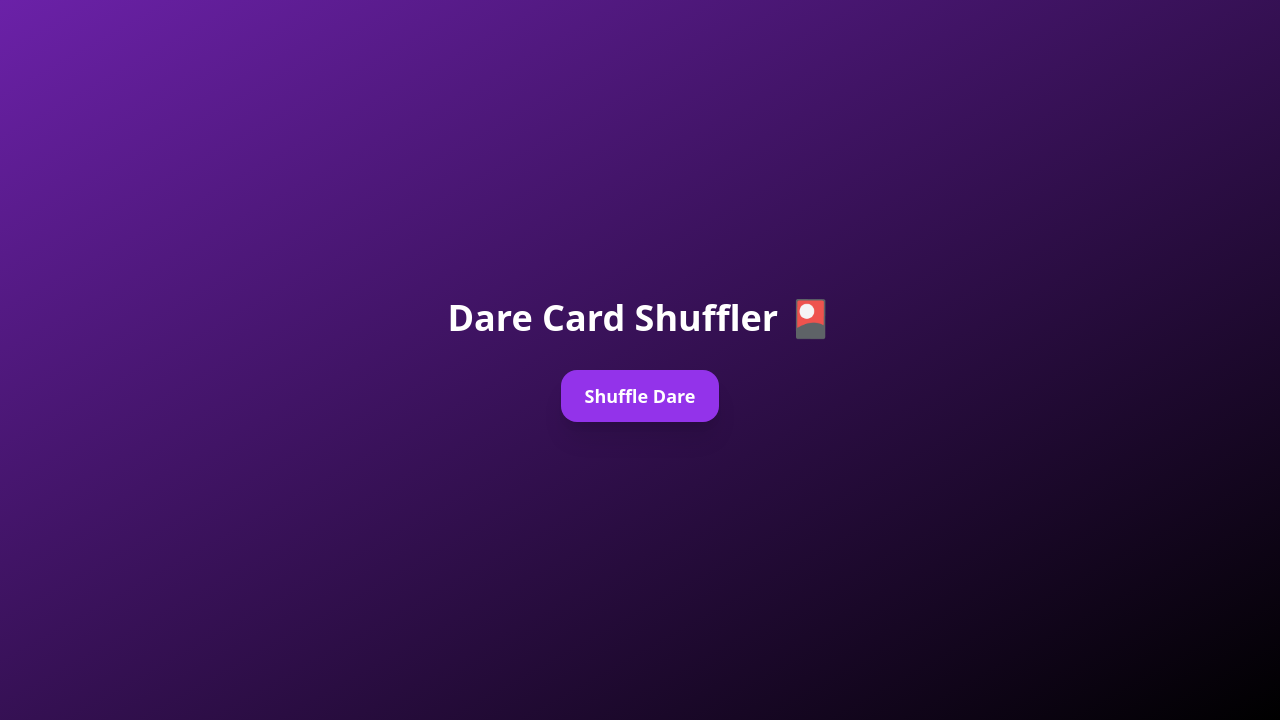
Repository: Thebilliontech/wheel-game
Page: /
The author's editor kept a copy of each file at every save. The page is drawn from the files as they stood at one save, then again after the next save.
The browser window is 1280 px wide. The pictures show the whole page.
The project was rebuilt for these pictures with package versions that can differ from the ones it lists, and the page was loaded fresh each time. Also part of the build but not shown: vite.config.js.

Above is the page before, as saved 2025-11-27 02:24:32.

### index.html
<!DOCTYPE html>
<html lang="en">
  <head>
    <meta charset="UTF-8" />
    <meta name="viewport" content="width=device-width, initial-scale=1.0" />
    <title>Dark Wheel Dare Game</title>
  </head>
  <body class="min-h-screen">
    <div id="root"></div>
    <script type="module" src="/src/main.jsx"></script>
  </body>
</html>

### src/App.jsx
import { useState, useRef } from "react";
import { motion, AnimatePresence } from "framer-motion";

export default function DareCardGame() {
  const [result, setResult] = useState(null);
  const [shuffling, setShuffling] = useState(false);

  // Normal dares
  const dares = [
    "Do 10 pushups",
    "Call someone and sing",
    "Dance for 10 seconds",
    "Say the alphabet backward",
    "Do a funny face",
    "Prank message a friend",
    "Spin around 5 times",
    "Do a celebrity imitation",
    "Tell an embarrassing story",
    "Act like a robot"
  ];

  // Secret dares (hidden)
  const secretDares = [
    "Reveal your crush 👀",
    "Show your last 3 photos 😈",
    "Text someone 'I miss you' 😭",
    "Do your worst dance move 😂",
    "Let someone tweet from your phone 😳"
  ];

  // Ref for hold timer
  const holdTimer = useRef(null);

  const handleHoldStart = () => {
    holdTimer.current = setTimeout(() => {
      pickDare(true); // secret dare
    }, 3000); // 3 seconds
  };

  const handleHoldEnd = () => {
    clearTimeout(holdTimer.current);
  };

  const pickDare = (secret = false) => {
    setShuffling(true);
    setResult(null);

    setTimeout(() => {
      let picked;

      if (secret) {
        picked = secretDares[Math.floor(Math.random() * secretDares.length)];
      } else {
        picked = dares[Math.floor(Math.random() * dares.length)];
      }

      setResult(picked);
      setShuffling(false);
    }, 1500);
  };

  return (
    <div className="min-h-screen w-full bg-gradient-to-br from-purple-800 to-black flex flex-col items-center justify-center p-6 text-white font-sans">

      {/* TITLE */}
      <motion.h1
        initial={{ opacity: 0, y: -20 }}
        animate={{ opacity: 1, y: 0 }}
        className="text-4xl font-bold mb-8 text-center"
      >
        Dare Card Shuffler 🎴
      </motion.h1>

      {/* SHUFFLE BUTTON */}
      <motion.button
        onClick={() => pickDare(false)}
        onMouseDown={handleHoldStart}
        onTouchStart={handleHoldStart}
        onMouseUp={handleHoldEnd}
        onMouseLeave={handleHoldEnd}
        onTouchEnd={handleHoldEnd}
        whileTap={{ scale: 0.95 }}
        className="bg-purple-600 hover:bg-purple-500 px-6 py-3 rounded-2xl shadow-xl text-lg font-semibold"
      >
        Shuffle Dare
      </motion.button>

      {/* SHUFFLING TEXT */}
      <AnimatePresence>
        {shuffling && (
          <motion.div
            key="shuffle"
            initial={{ opacity: 0, scale: 0.5 }}
            animate={{ opacity: 1, scale: 1 }}
            exit={{ opacity: 0, scale: 0.5 }}
            className="mt-8 text-xl font-light tracking-wide"
          >
            Picking a dare...
          </motion.div>
        )}
      </AnimatePresence>

      {/* RESULT CARD */}
      <AnimatePresence>
        {result && (
          <motion.div
            key="result"
            initial={{ opacity: 0, y: 50, rotate: -5 }}
            animate={{ opacity: 1, y: 0, rotate: 0 }}
            exit={{ opacity: 0, y: 50 }}
            className="mt-10 w-72 min-h-[170px] bg-gradient-to-br from-purple-500 to-black rounded-3xl flex items-center justify-center text-2xl font-bold shadow-2xl border border-purple-300 p-6 text-center"
          >
            {result}
          </motion.div>
        )}
      </AnimatePresence>
    </div>
  );
}

### src/index.css
@tailwind base;
@tailwind components;
@tailwind utilities;

/* Smooth Dark Gradient Background */
body {
  @apply bg-gradient-to-b from-gray-900 to-black text-gray-200 min-h-screen;
}

### tailwind.config.js
/** @type {import('tailwindcss').Config} */
export default {
  content: ["./index.html", "./src/**/*.{js,jsx}"],
  theme: { extend: {} },
  plugins: [],
};

Loaded but not shown: src/main.jsx (common file)

After the next save:
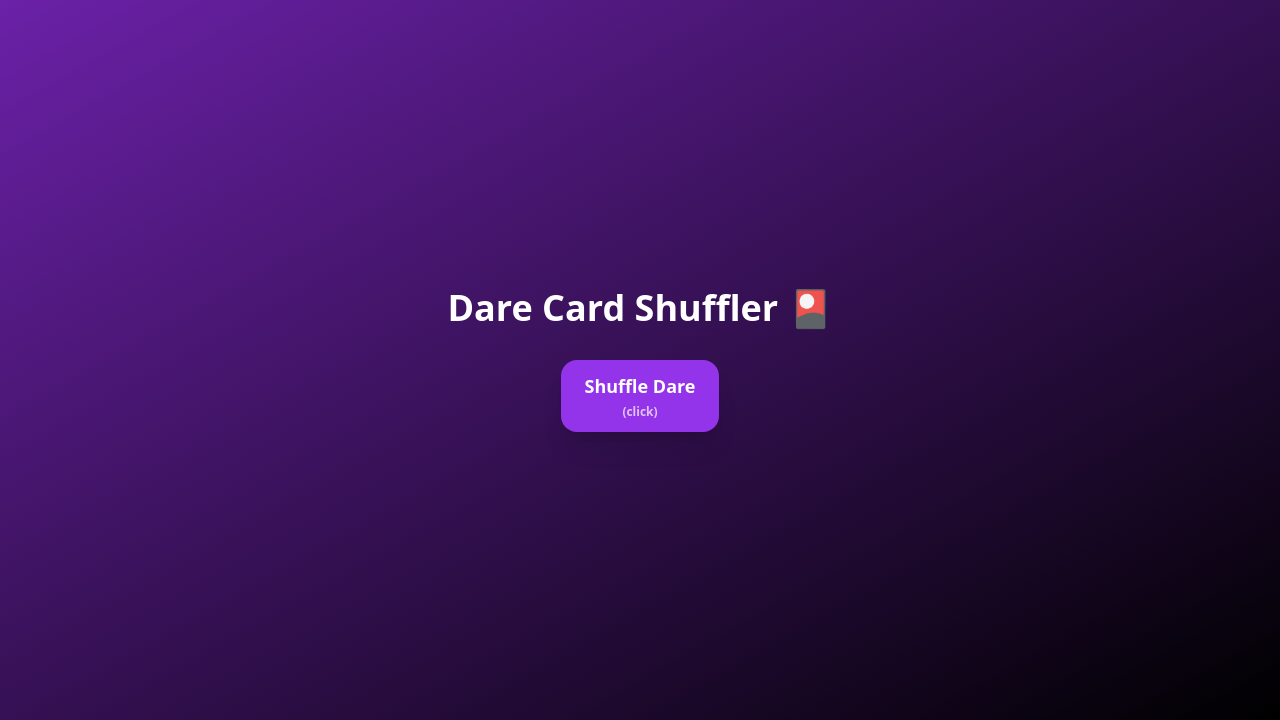
Saved 44 min 38 s later.
--- a/src/App.jsx
+++ b/src/App.jsx
@@ -7,38 +7,97 @@ export default function DareCardGame() {
 
   // Normal dares
   const dares = [
-    "Do 10 pushups",
-    "Call someone and sing",
-    "Dance for 10 seconds",
-    "Say the alphabet backward",
-    "Do a funny face",
-    "Prank message a friend",
-    "Spin around 5 times",
-    "Do a celebrity imitation",
-    "Tell an embarrassing story",
-    "Act like a robot"
+    "Kiss your three favorite body parts of a partners body.",
+    "You have ten seconds pick a partner and excite just by kissing. Hint: You're not limited to lips.",
+    "Imitate your most flexible sex move.",
+    "Play a song you’d like to have sex to.",
+    "Using your fingers, find a way to give any partner of your choice goosebumps right now.",
+    "Demonstrate a move on any partner of your choice that you saw and liked while watching porn.",
+    "Give  any partner of your choice a sensual massage. Start at their feet and work your way up.",
+    "For the next 60 seconds, touch yourself like you’d like to touch  any partner of your choice.",
+    "play a round of Never Have I Ever. First person to put down all five fingers owes the dare owner a sexual favor of their choice.",
+    "Spell out a short, sultry message on  any partner of your choice body…with your tongue.",
+    "Initiate a role-play scenario and make  any partner of your choice guess what your character is.",
+    "listen to the same audio porn on opposite sides of the room.",
+    "pour alcohol in your mouth and go down on  any partner of your choice for 15 seconds.",
+    "Remove a piece of clothing from another player without using your hands.",
+    "Lick the earlobes of all the players of the opposite sex.",
+    "Bite the tip of the tongue from the player of opposite sex in front of you.",
+    "The player on your right gets to touch your bum for 30 seconds.",
+    "Go to another room, take a sexy picture and send it to one of your co-players.",
+    "Take a body shot, you may choose the person. ",
+    "Lick the tip of the tongue of the player in front of you (OSex).",
+    "Do a French kiss with the player sitting in front of you.(OSex).",
+    "Kiss any player of your choice on the mouth.",
+    "Give the player to you right a body-to-body massage (30 sec). (op).",
+    "Pretend to have the worst sex ever with the player on your left. (OS).",
+    "Lick the neck of all the players of the opposite sex.",
+    "Kiss the player in front of you on the mouth.",
+    "Take a pen and paper and draw your penis/vagina.",
+    "Give the group your naughtiest look. ",
+    "Massage the legs of the player on your left.",
+    "Look into the eyes of the player on your left and tell him/her: You make me horny/sick/sleepy.",
+    "Sit on the lap of the player on your right for one round.",
+    "Fake an orgasm, while simulating a sexual position.",
+    "Perform a motorboat on somebody. If you are a girl let someone motorboat you.",
+    "Give another player of the same sex a big kiss on the mouth.(girls only)",
+    "Get blindfolded. All players of opposite sex have to kiss you and you have to guess who it is. Each wrong answer means a shot.",
+    "Take one of your co-players into another room and give him/her a sensual massage. (60sec.)",
+    "Seduce the player on your right.",
+    "Call a sex club and apply for a job. Stay on the phone for at least 1 minute.",
+    "Choose a female player and take off her bra using one hand.",
+    "Suck a finger of the player in front of you, of the opposite sex. (15sec.)",
+    "The player on your right has to spank you.",
+    "Give the player on your right a professional erotic massage.",
   ];
 
   // Secret dares (hidden)
   const secretDares = [
-    "Reveal your crush 👀",
-    "Show your last 3 photos 😈",
-    "Text someone 'I miss you' 😭",
-    "Do your worst dance move 😂",
-    "Let someone tweet from your phone 😳"
+    "pick a partner and do a quickie with them",
+    "Go to a room with a partner and both of you should be naked",
+    "pick two players, pick one to kiss you, another to rub your pussy/dick",
+    "pick a partner to suck you",
+    "pick a partner to fuck you",
   ];
 
-  // Ref for hold timer
+  // Ref for hold timer and tracking
   const holdTimer = useRef(null);
+  const holdStartTime = useRef(null);
+  const secretDareActivated = useRef(false);
 
   const handleHoldStart = () => {
+    secretDareActivated.current = false;
+    holdStartTime.current = Date.now();
+
     holdTimer.current = setTimeout(() => {
+      // 3 seconds have passed, trigger secret dare
+      secretDareActivated.current = true;
       pickDare(true); // secret dare
+      holdStartTime.current = null;
     }, 3000); // 3 seconds
   };
 
   const handleHoldEnd = () => {
-    clearTimeout(holdTimer.current);
+    const holdDuration = holdStartTime.current ? Date.now() - holdStartTime.current : 0;
+
+    if (holdTimer.current) {
+      clearTimeout(holdTimer.current);
+      holdTimer.current = null;
+    }
+
+    // If secret dare was already activated, don't trigger normal dare
+    if (secretDareActivated.current) {
+      secretDareActivated.current = false;
+      holdStartTime.current = null;
+      return;
+    }
+
+    // If held for less than 3 seconds, trigger normal dare
+    if (holdStartTime.current && holdDuration < 3000) {
+      pickDare(false); // normal dare
+    }
+
+    holdStartTime.current = null;
   };
 
   const pickDare = (secret = false) => {
@@ -73,16 +132,16 @@ export default function DareCardGame() {
 
       {/* SHUFFLE BUTTON */}
       <motion.button
-        onClick={() => pickDare(false)}
         onMouseDown={handleHoldStart}
         onTouchStart={handleHoldStart}
         onMouseUp={handleHoldEnd}
         onMouseLeave={handleHoldEnd}
         onTouchEnd={handleHoldEnd}
         whileTap={{ scale: 0.95 }}
-        className="bg-purple-600 hover:bg-purple-500 px-6 py-3 rounded-2xl shadow-xl text-lg font-semibold"
+        className="bg-purple-600 hover:bg-purple-500 px-6 py-3 rounded-2xl shadow-xl text-lg font-semibold relative select-none"
       >
         Shuffle Dare
+        <span className="block text-xs mt-1 opacity-70">(click)</span>
       </motion.button>
 
       {/* SHUFFLING TEXT */}
